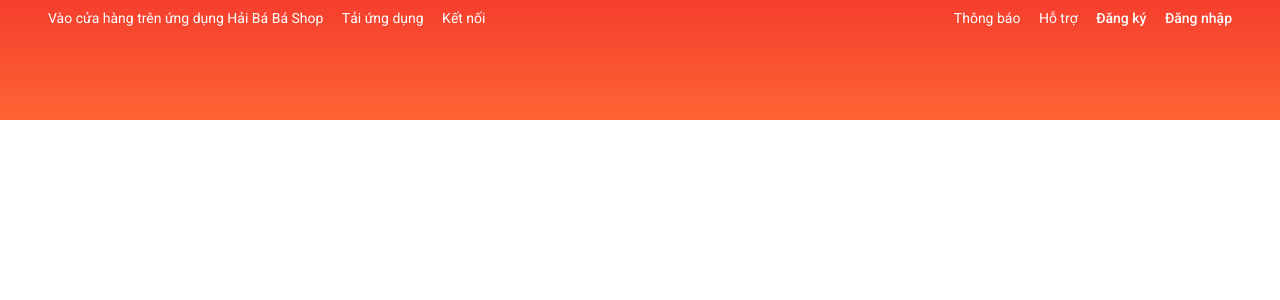
Repository: 0385246651/Shoppee-UI
Page: index.html
The author's editor kept a copy of each file at every save. The page is drawn from the files as they stood at one save, then again after the next save.
The browser window is 1280 px wide. The pictures show the whole page.

Above is the page before, as saved 2022-11-03 17:37:57.

### index.html
<!DOCTYPE html>
<html lang="en">

<head>
    <meta charset="UTF-8">
    <meta http-equiv="X-UA-Compatible" content="IE=edge">
    <meta name="viewport" content="width=device-width, initial-scale=1.0">
    <title>Shoppee Fake</title>
    <link rel="stylesheet" href="https://cdnjs.cloudflare.com/ajax/libs/normalize/8.0.1/normalize.min.css"
        integrity="sha512-NhSC1YmyruXifcj/KFRWoC561YpHpc5Jtzgvbuzx5VozKpWvQ+4nXhPdFgmx8xqexRcpAglTj9sIBWINXa8x5w=="
        crossorigin="anonymous" referrerpolicy="no-referrer" />

    <link rel="preconnect" href="https://fonts.googleapis.com">
    <link rel="preconnect" href="https://fonts.gstatic.com" crossorigin>
    <link href="https://fonts.googleapis.com/css2?family=Roboto:wght@400;500;700&display=swap" rel="stylesheet">

    <link rel="stylesheet" href="./assets/css/base.css">
    <link rel="stylesheet" href="./assets/css/main.css">
</head>

<body>
    <div class="app ">
        <header class="header">
            <div class="grib">
                <nav class="header__navbar">
                    <ul class="header__navbar-list">
                        <li class="header__navbar-item">
                            Vào cửa hàng trên ứng dụng Hải Bá Bá Shop
                        </li>

                        <li class="header__navbar-item">
                            Tải ứng dụng
                        </li>

                        <li class=" header__navbar-item">
                            Kết nối
                        </li>
                    </ul>

                    <ul class="header__navbar-list">
                        <li class="header__navbar-item">
                            <a href="#" class="header__navbar-item-link">Thông báo</a>
                        </li>

                        <li class="header__navbar-item">
                            <a href="#" class="header__navbar-item-link">Hỗ trợ</a>

                        </li>

                        <li class=" header__navbar-item header__navbar-item--strong">
                            Đăng ký
                        </li>

                        <li class=" header__navbar-item header__navbar-item--strong">

                            Đăng nhập
                        </li>
                    </ul>
                </nav>
            </div>
        </header>

        <div class=" container">

        </div>

        <footer class="footer"></footer>
    </div>
</body>

</html>

### assets/css/base.css
/* Reset CSS */
:root{
    --white-color: #fff;
    --black-color: #000;
    ---text-color: #333;
}

*{
    box-sizing: inherit;

}

html{
    /* Hack  */
    font-size: 62.5%;
    line-height: 1.6rem;
    font-family: 'Roboto', sans-serif;
    box-sizing: border-box;
}

body{

}

.grib{
    width: 1200px;
    max-width: 100%;
    margin: 0 auto;
}

.grib__full-width{
    width: 100%;
}

.grib__row{
    display: flex;
    flex-wrap: wrap;
}

### assets/css/main.css
.header {
    height: 120px;
    background-image: linear-gradient(0, #fe6433, #f53e2d);
}

.header__navbar {
    display: flex;
    justify-content: space-between;
}

.header__navbar-list {
    list-style: none;
    padding-left: 0;
}

.header__navbar-item {
    margin: 0 8px;
}

.header__navbar-item,
.header__navbar-item-link {
    display: inline-block;
    font-size: 1.4rem;
    color: var(--white-color);
    text-decoration: none;
    font-weight: 300;
}

.header__navbar-item--strong {
    font-weight: 500;
}

After the next save:
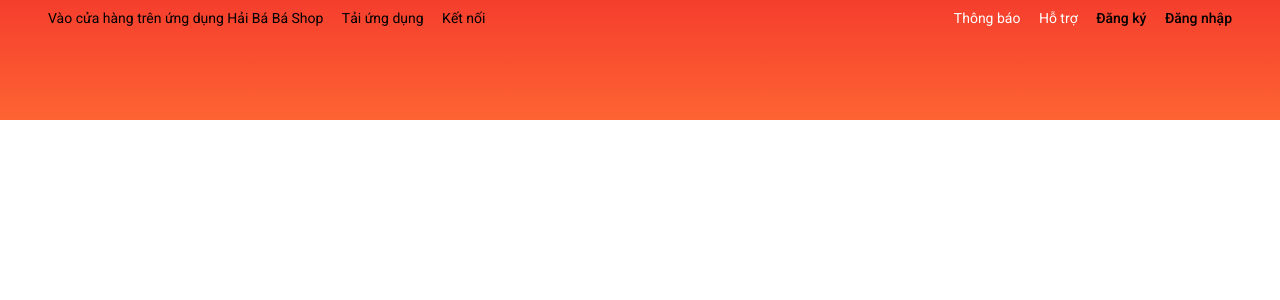
Saved 23 s later.
--- a/assets/css/main.css
+++ b/assets/css/main.css
@@ -15,12 +15,11 @@
 
 .header__navbar-item {
     margin: 0 8px;
+    display: inline-block;
+    font-size: 1.4rem;
 }
 
-.header__navbar-item,
 .header__navbar-item-link {
-    display: inline-block;
-    font-size: 1.4rem;
     color: var(--white-color);
     text-decoration: none;
     font-weight: 300;

After the save that followed:
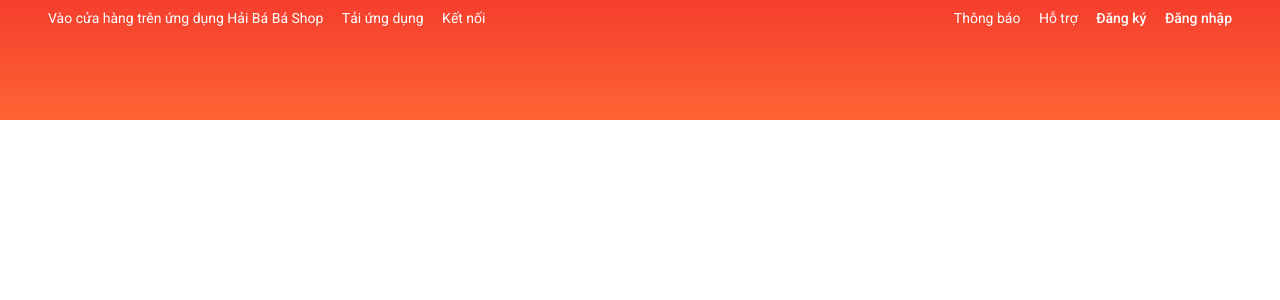
Saved 7 s later.
--- a/assets/css/main.css
+++ b/assets/css/main.css
@@ -15,11 +15,12 @@
 
 .header__navbar-item {
     margin: 0 8px;
+}
+
+.header__navbar-item,
+.header__navbar-item-link {
     display: inline-block;
     font-size: 1.4rem;
-}
-
-.header__navbar-item-link {
     color: var(--white-color);
     text-decoration: none;
     font-weight: 300;
